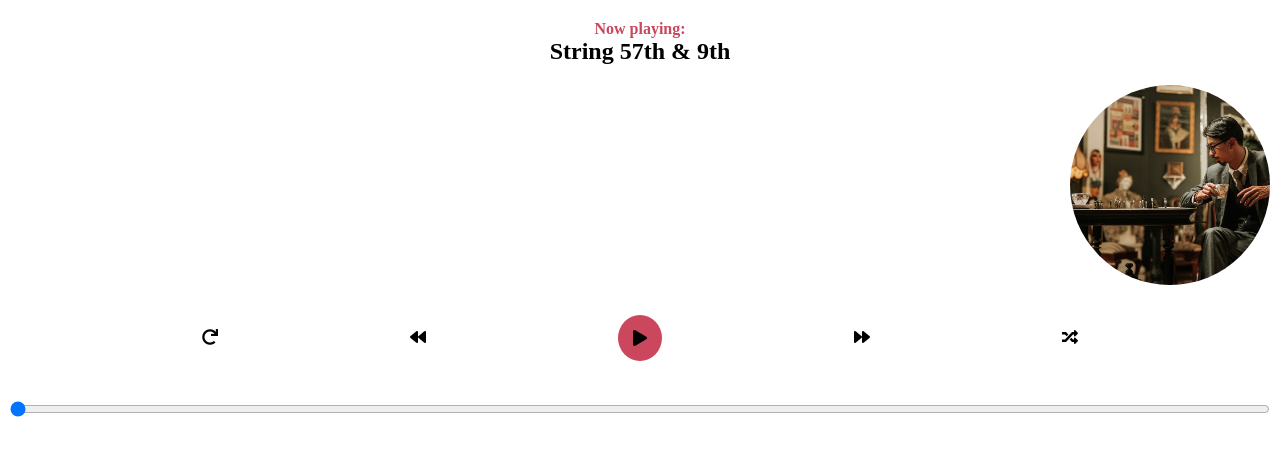
Repository: dovanthao2404/AppMusicPlayer
Page: index.html
The author's editor kept a copy of each file at every save. The page is drawn from the files as they stood at one save, then again after the next save.
The browser window is 1280 px wide. The pictures show the whole page.

Above is the page before, as saved 2021-06-28 02:17:14.

After the next save:
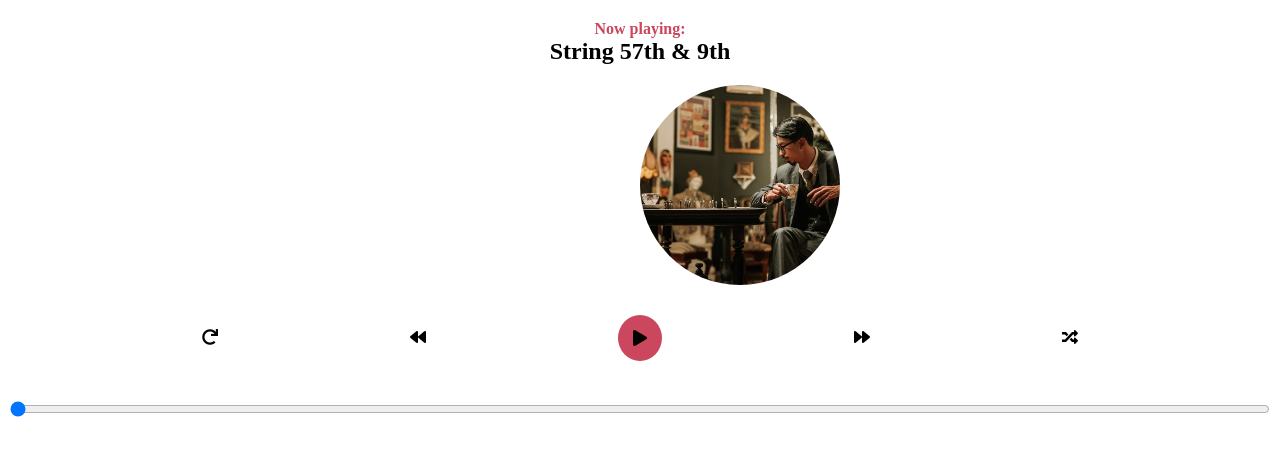
Saved 9 s later.
--- a/css/app.css
+++ b/css/app.css
@@ -22,8 +22,8 @@ header h4 {
   width: 200px;
   height: 200px;
   position: absolute;
-  /* left: 0; */
-  right: 0;
+  left: 50%;
+  right: 50%;
 }
 .thumb img {
   border-radius: 50%;
